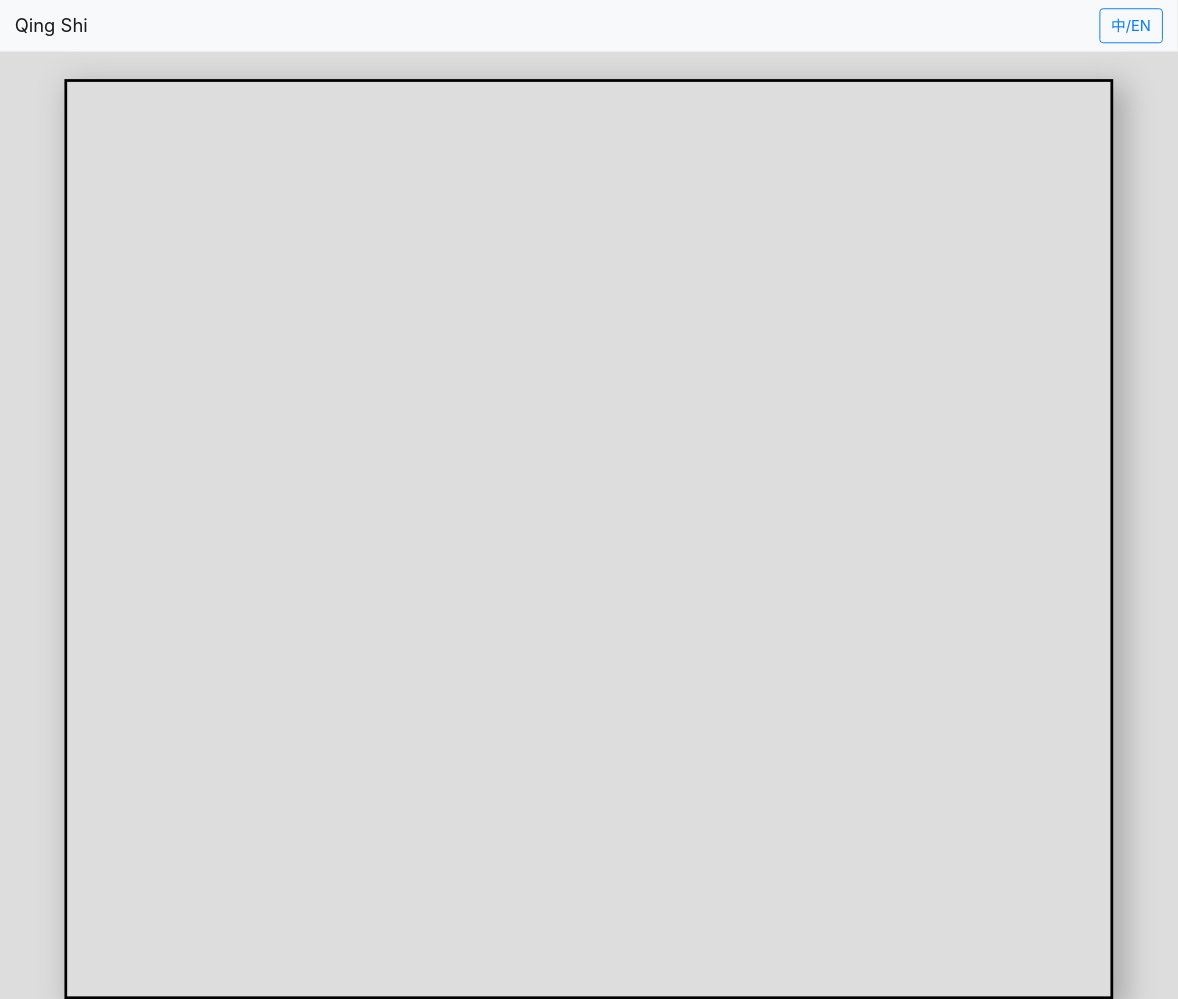
Repository: sqsssq/webpage
Page: index.html
These files come from the project's save history. The page is drawn as it stood at one moment and after the next save; the edit follows.
The browser window is 1280 px wide. The pictures show the whole page, at 92% of full size.
Some web libraries are served in a nearby version.

Above is the page before, as saved 2022-03-27 20:44:43.

After the next save:
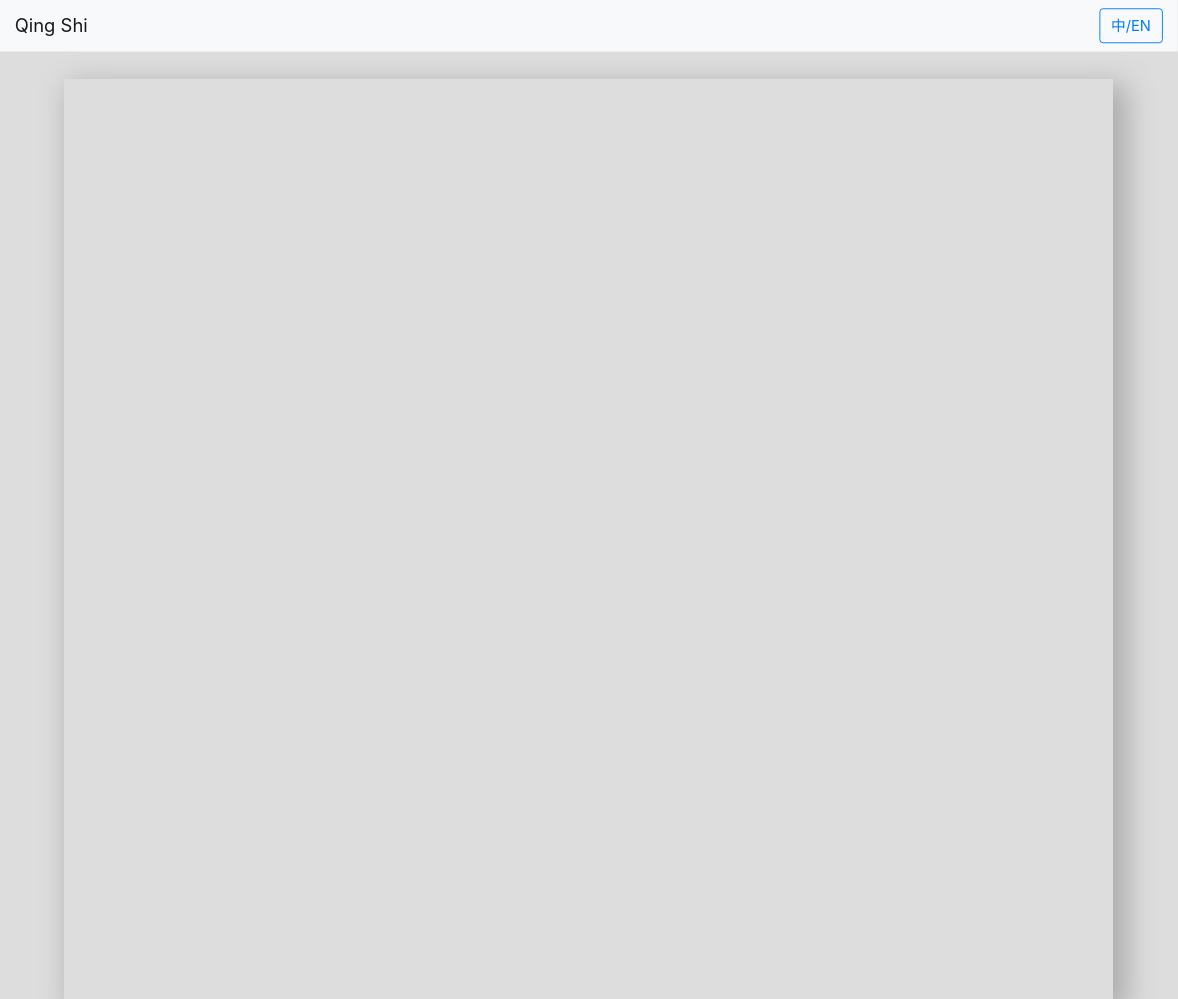
Saved 30 s later.
--- a/css/index.css
+++ b/css/index.css
@@ -16,9 +16,9 @@
 .framework {
     height: 1000px;
     margin-top: 30px;
-    border-color: black;
-    border-width: 3px;
-    border-style: solid;
+    /* border-color: black; */
+    /* border-width: 3px; */
+    /* border-style: solid; */
     box-shadow: darkgrey 10px 10px 30px 5px ;
 }
 
